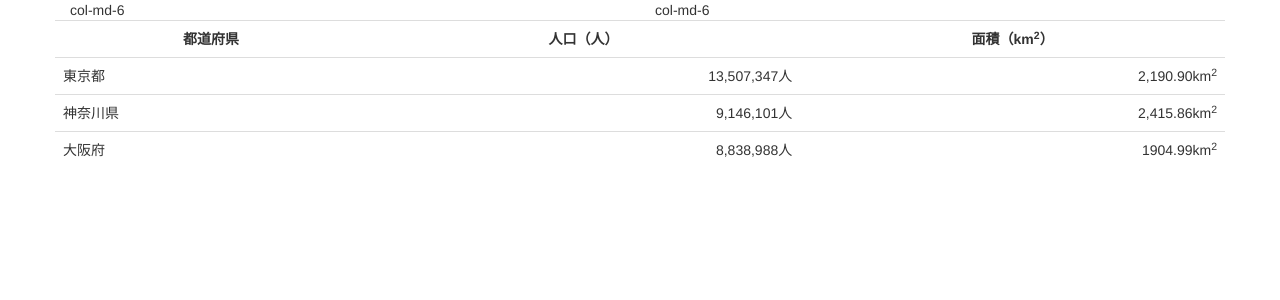
Repository: tooka0115/dab
Page: bootstrap_lesson.html
The author's editor kept a record of every edit. The page is drawn from the files as they stood at one moment, then again after the next edit.
The browser window is 1280 px wide. The pictures show the whole page.

Above is the page before.

After the next edit:
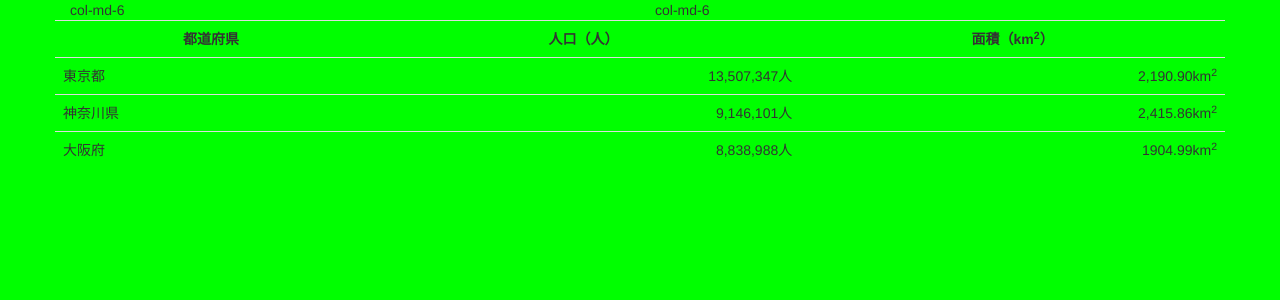
The edit:
--- a/bootstrap_lesson.html
+++ b/bootstrap_lesson.html
@@ -21,6 +21,29 @@
                 text-align:center;
                 background-color: #dedede;
             }
+
+                    body {
+          background-color: #000;
+        }
+
+
+        @media (min-width: 500px){
+            body{background-color: #f00;
+            }
+        }
+
+        @media(min-width:750px){
+            body{background-color: #0f0;
+            }
+        }
+
+        @media(min-width:1000px{
+            body{background-color: #00f;
+            }
+        }
+
+
+
         </style>
 
     </head>
